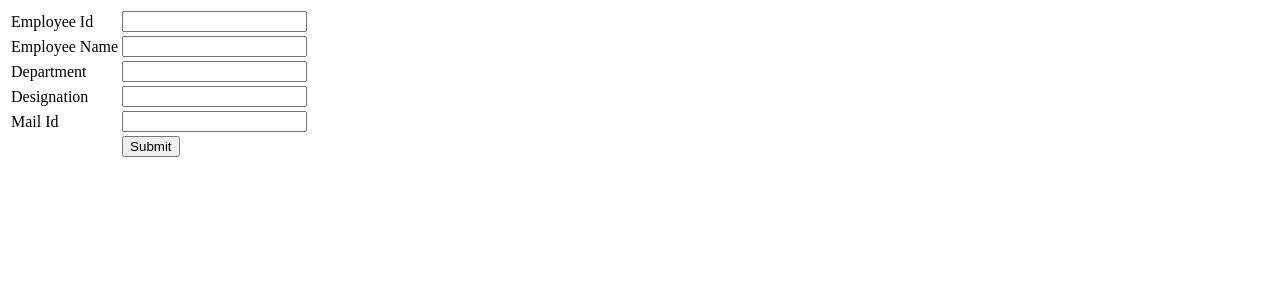
Repository: saiswaroop1547/ctstraining
Page: MVCapplication/WebContent/addEmp.html
An editor plug-in stored every save of this project. The page is shown before and after the next save, followed by the edit.
The browser window is 1280 px wide. The pictures show the whole page.

Above is the page before, as saved 2020-02-14 11:31:30.

### MVCapplication/WebContent/addEmp.html
<!DOCTYPE html>
<html>
<head>
<meta charset="ISO-8859-1">
<title>Insert title here</title>
</head>
<body>
<form action="AddEmpServlet">
<table>
<tr><td>Employee Id</td><td><input type="text" name="empid"/></td></tr>
<tr><td>Employee Name</td><td><input type="text" name="enmae"/></td></tr>
<tr><td>Department</td><td><input type="text" name="dept"/></td></tr>
<tr><td>Designation</td><td><input type="text" name="desg"/></td></tr>
<tr><td>Mail Id</td><td><input type="text" name="emailid"/></td></tr>
<td></td><td><input type="submit" name="Add Employee"/></td>
</table>
</form>
</body>
</html>

After the next save:
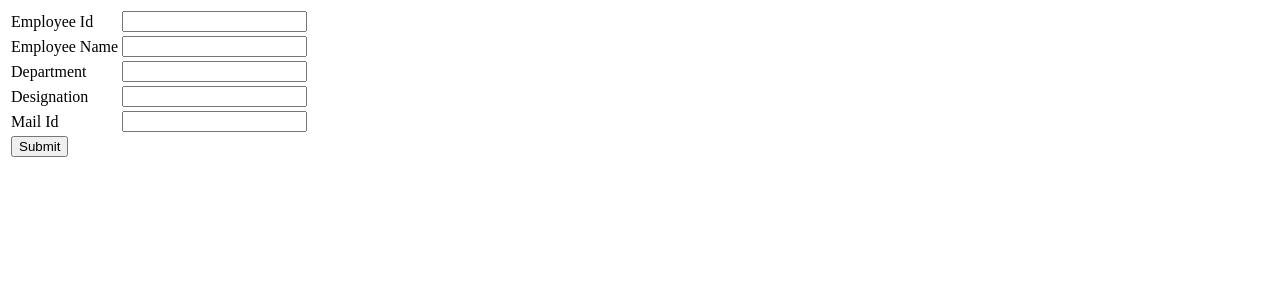
Saved 73 s later.
--- a/MVCapplication/WebContent/addEmp.html
+++ b/MVCapplication/WebContent/addEmp.html
@@ -12,7 +12,7 @@
 <tr><td>Department</td><td><input type="text" name="dept"/></td></tr>
 <tr><td>Designation</td><td><input type="text" name="desg"/></td></tr>
 <tr><td>Mail Id</td><td><input type="text" name="emailid"/></td></tr>
-<td></td><td><input type="submit" name="Add Employee"/></td>
+<td><input type="submit" name="Add Employee"/></td>
 </table>
 </form>
 </body>
